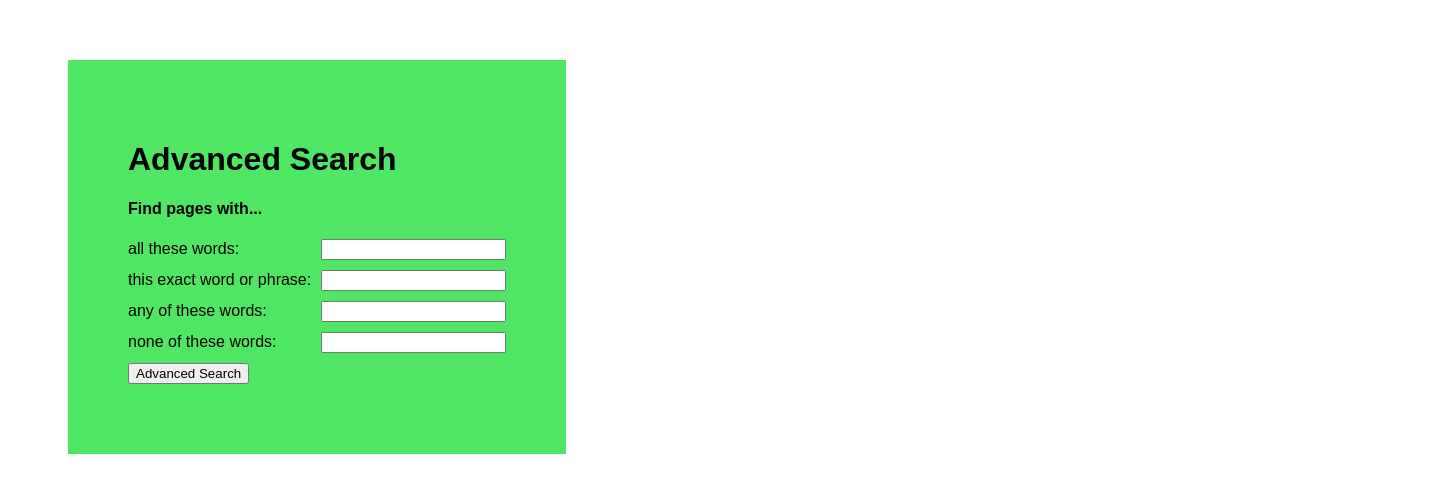
Repository: etentuk/search
Page: advanced_search.html
An editor plug-in stored every save of this project. The page is shown before and after a run of saves, followed by the edit.
The browser window is 1280 px wide. The page is 1280 px wide, then 1452 px, so the pictures cover 1452 px, including what lies to the right of the window. The pictures show the whole page.

Above is the page before, as saved 2021-11-04 21:02:46.

### advanced_search.html
<!DOCTYPE html>
<html lang="en">

<head>
    <title>Advanced Search</title>
    <link rel="stylesheet" href="styles.css">
</head>

<body>

    <div class="contentContainer">
        <header>
            <h1>Advanced Search</h1>
        </header>
        <h4>Find pages with...</h4>
        <form action="https://google.com/search" class="form-example">
            <div style="display: table-row;">
                <div class="form-example">
                    <label for="as_q">all these words: </label>
                    <input type="text" id="as_q" name="as_q">
                </div>
                <div class="form-example">
                    <label for="as_epq">this exact word or phrase: </label>
                    <input type="text" id="as_epq" name="as_epq">
                </div>
                <div class="form-example">
                    <label for="as_oq">any of these words: </label>
                    <input type="text" id="as_oq" name="as_oq">
                </div>
                <div class="form-example">
                    <label for="as_eq">none of these words: </label>
                    <input type="text" id="as_eq" name="as_eq">
                </div>
            </div>
            <input type="submit" value="Advanced Search">
        </form>
    </div>
</body>

</html>

### styles.css
form.form-example {
  display: table;
}

div.form-example {
  display: table-row;
}

label,
input {
  display: table-cell;
  margin-bottom: 10px;
}

label {
  padding-right: 10px;
}

div.contentContainer {
  font-family: Arial, Helvetica, sans-serif;
  background-color: rgb(78, 230, 98);
  width: fit-content;
  padding: 60px;
  margin: 60px;
}

After the next 2 saves:
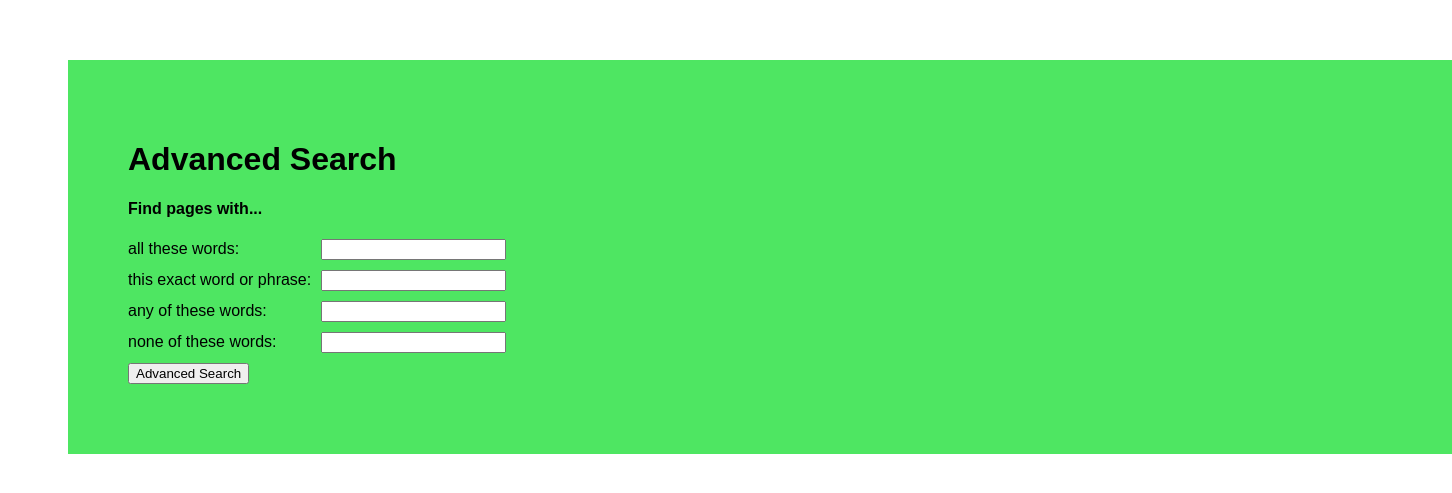
The 2 saves are shown as one change because they came seconds apart.
The last was saved 10 min 11 s later.
--- a/styles.css
+++ b/styles.css
@@ -19,7 +19,8 @@ label {
 div.contentContainer {
   font-family: Arial, Helvetica, sans-serif;
   background-color: rgb(78, 230, 98);
-  width: fit-content;
+  width: 100%;
+  height: 100%;
   padding: 60px;
   margin: 60px;
 }
